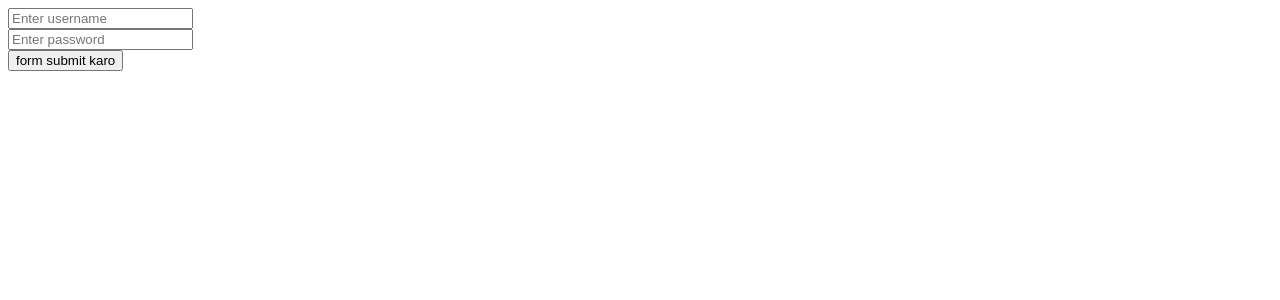
Repository: Solankinikhil/DailyWork
Page: eclipse-workspace/MVCExample/WebContent/login.html
These files come from the project's save history. The page is drawn as it stood at one moment and after the next save; the edit follows.
The browser window is 1280 px wide. The pictures show the whole page.

Above is the page before, as saved 2020-03-09 07:06:25.

After the next save:
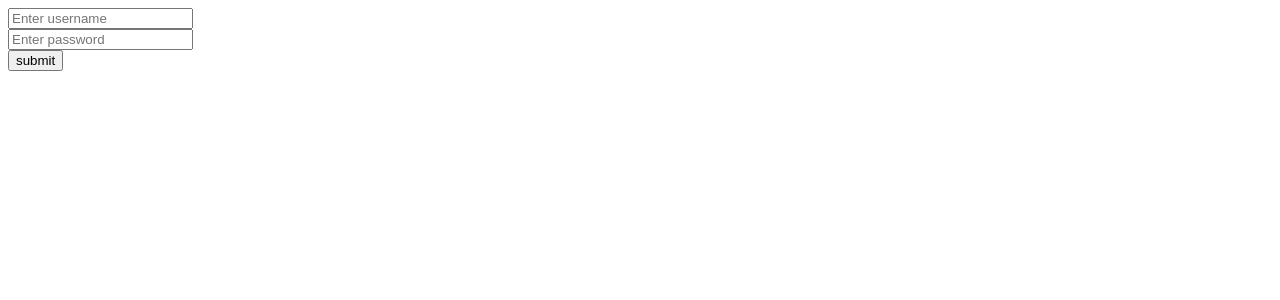
Saved 30 s later.
--- a/eclipse-workspace/MVCExample/WebContent/login.html
+++ b/eclipse-workspace/MVCExample/WebContent/login.html
@@ -6,10 +6,10 @@
 </head>
 <body>
 
-<form action="/RequestHandlerServlet" method="get">
+<form action="">
 <input type="text" name="un" placeholder="Enter username"/><br/>
 <input type="password" name= "pwd" placeholder="Enter password"/><br/>
-<input type="submit" value="form submit karo"/>
+<input type="submit" value="submit"/>
 
 </form>
 </body>
